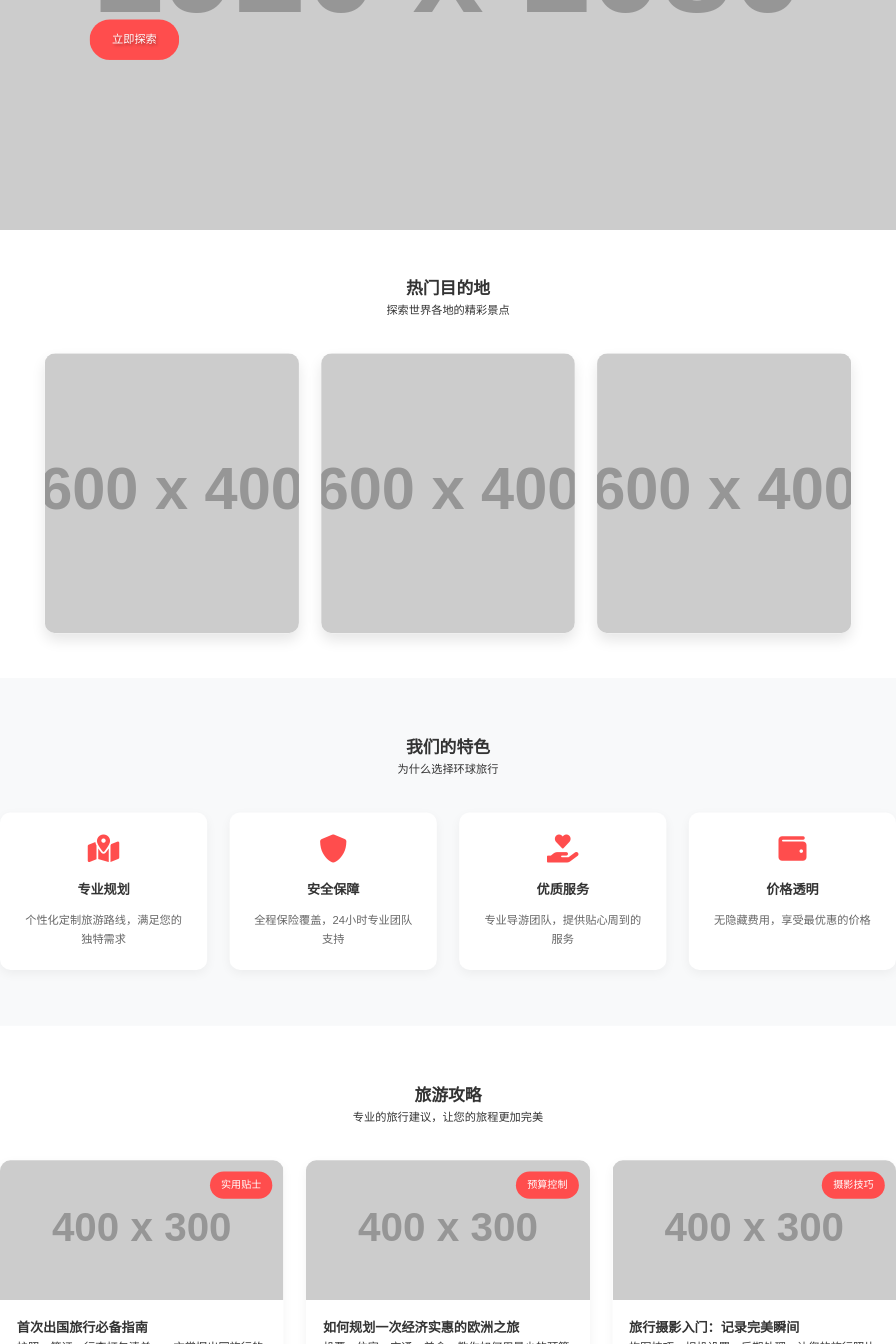
Repository: huang-heavenly-Emperor/travel_1
Page: index.html
An editor plug-in stored every save of this project. The page is shown before and after a run of saves, followed by the edit.
The browser window is 1280 px wide. The pictures show the part of the page from y = 391 to 2311 px (the page is 4364 px tall), at 70% of full size.

Above is the page before, as saved 2024-11-18 02:58:42.
Console error: SyntaxError: Identifier 'images' has already been declared

After the next 2 saves:
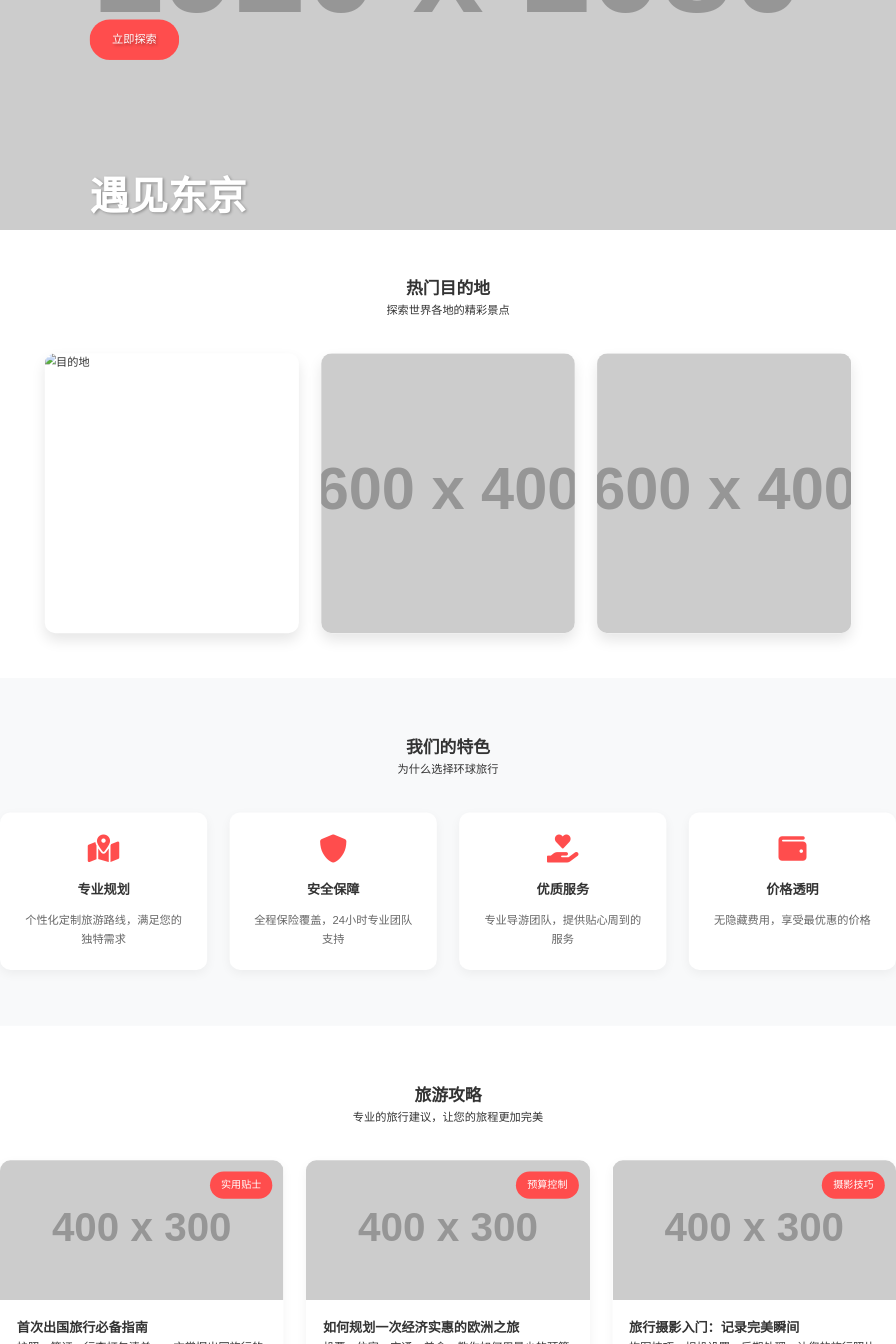
Not found: assets/images/placeholders/avatar.png
Not found: assets/images/placeholders/destination-lg.png
Not found: assets/images/placeholders/destination-md.png
The 2 saves are shown as one change because they came seconds apart.
The last was saved 16 s later.
--- a/index.html
+++ b/index.html
@@ -60,7 +60,7 @@
                 </div>
             </div>
             <div class="slide">
-                <img src="https://placehold.co/1920x1080/5C6BC0/ffffff/png?text=Beautiful+Destination" alt="目的地">
+                <img src="assets/images/placeholders/destination-lg.png" alt="旅行目的地">
                 <div class="slide-content">
                     <h2>遇见东京</h2>
                     <p>体验传统与现代的碰撞</p>
@@ -103,7 +103,7 @@
                 <!-- 巴 -->
                 <div class="destination-card">
                     <div class="destination-image">
-                        <img src="https://placehold.co/600x400/26A69A/ffffff/png?text=Paris" alt="巴黎">
+                        <img src="assets/images/placeholders/destination-md.png" alt="目的地">
                         <div class="destination-overlay">
                             <div class="destination-info">
                                 <h3>巴黎</h3>
@@ -269,7 +269,7 @@
                 <!-- 评价卡片 1 -->
                 <div class="testimonial-card">
                     <div class="testimonial-header">
-                        <img src="https://placehold.co/80x80/FF7043/ffffff/png?text=User" alt="用户头像" class="user-avatar">
+                        <img src="assets/images/placeholders/avatar.png" alt="用户头像" class="user-avatar">
                         <div class="user-info">
                             <h4>张先生</h4>
                             <div class="rating">

After the save that followed:
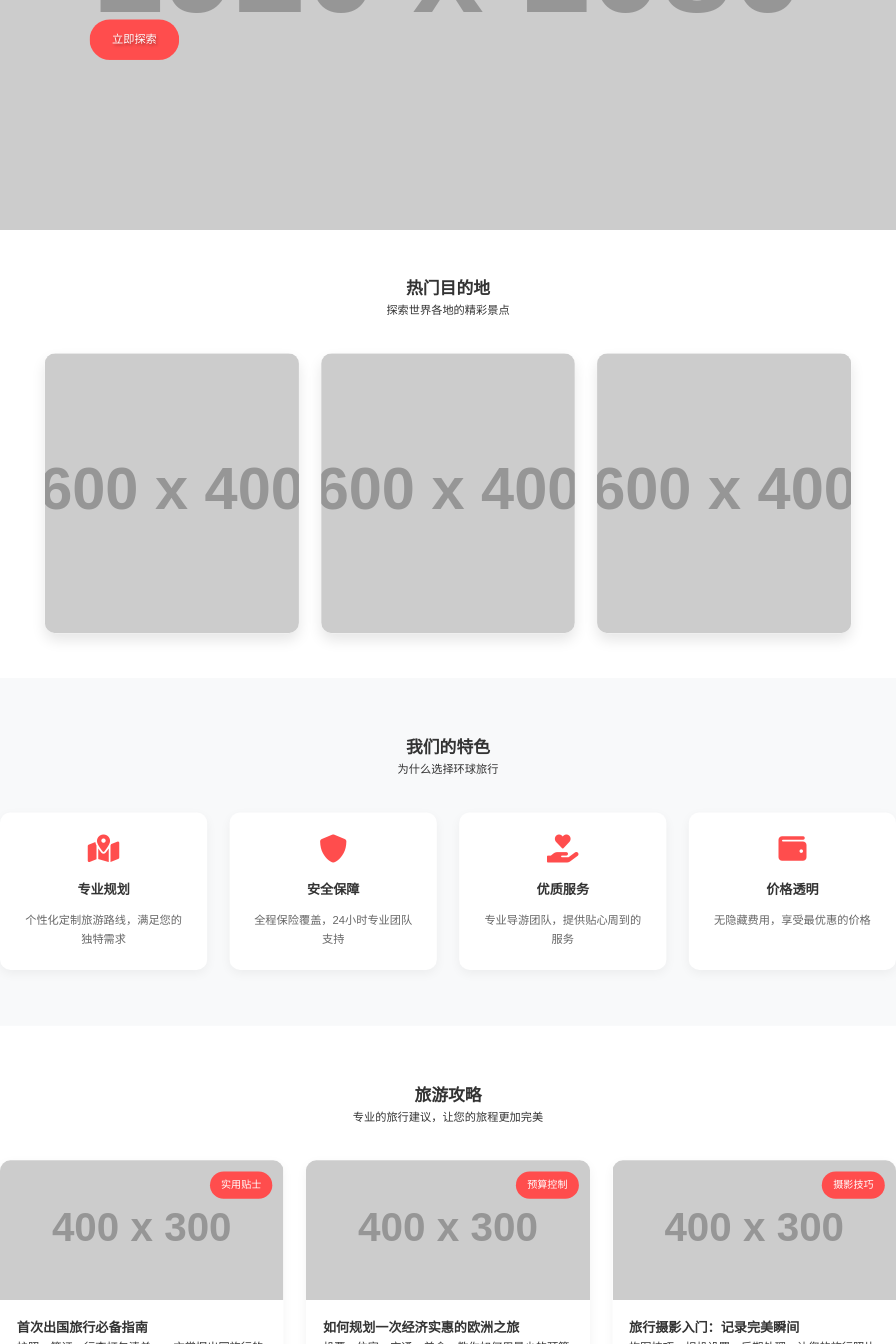
Saved 9 s later.
--- a/index.html
+++ b/index.html
@@ -60,7 +60,7 @@
                 </div>
             </div>
             <div class="slide">
-                <img src="assets/images/placeholders/destination-lg.png" alt="旅行目的地">
+                <img src="https://placehold.co/1920x1080/5C6BC0/ffffff/png?text=Beautiful+Destination" alt="目的地">
                 <div class="slide-content">
                     <h2>遇见东京</h2>
                     <p>体验传统与现代的碰撞</p>
@@ -103,7 +103,7 @@
                 <!-- 巴 -->
                 <div class="destination-card">
                     <div class="destination-image">
-                        <img src="assets/images/placeholders/destination-md.png" alt="目的地">
+                        <img src="https://placehold.co/600x400/26A69A/ffffff/png?text=Paris" alt="巴黎">
                         <div class="destination-overlay">
                             <div class="destination-info">
                                 <h3>巴黎</h3>
@@ -269,7 +269,7 @@
                 <!-- 评价卡片 1 -->
                 <div class="testimonial-card">
                     <div class="testimonial-header">
-                        <img src="assets/images/placeholders/avatar.png" alt="用户头像" class="user-avatar">
+                        <img src="https://placehold.co/80x80/FF7043/ffffff/png?text=User" alt="用户头像" class="user-avatar">
                         <div class="user-info">
                             <h4>张先生</h4>
                             <div class="rating">
